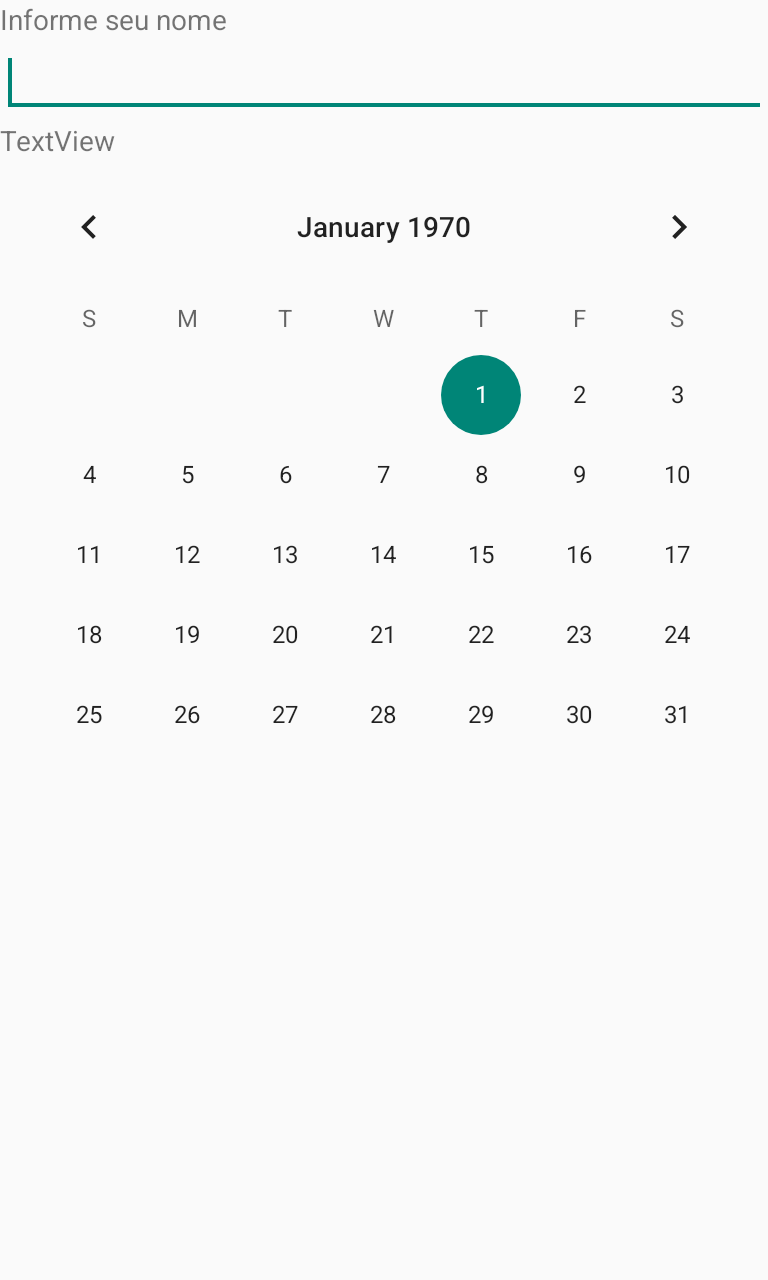
Repository: willianjean/androidProject
Layout: Exercicio3/res/layout/activity_main.xml
An editor plug-in stored every save of this project. The layout is shown before and after the next save, followed by the edit.
It is drawn on a 768 x 1280 px phone screen (xhdpi) without system bars, with theme AppTheme; the app's code is not run.

Above is the layout before, as saved 2014-07-23 21:30:14.

After the next save:
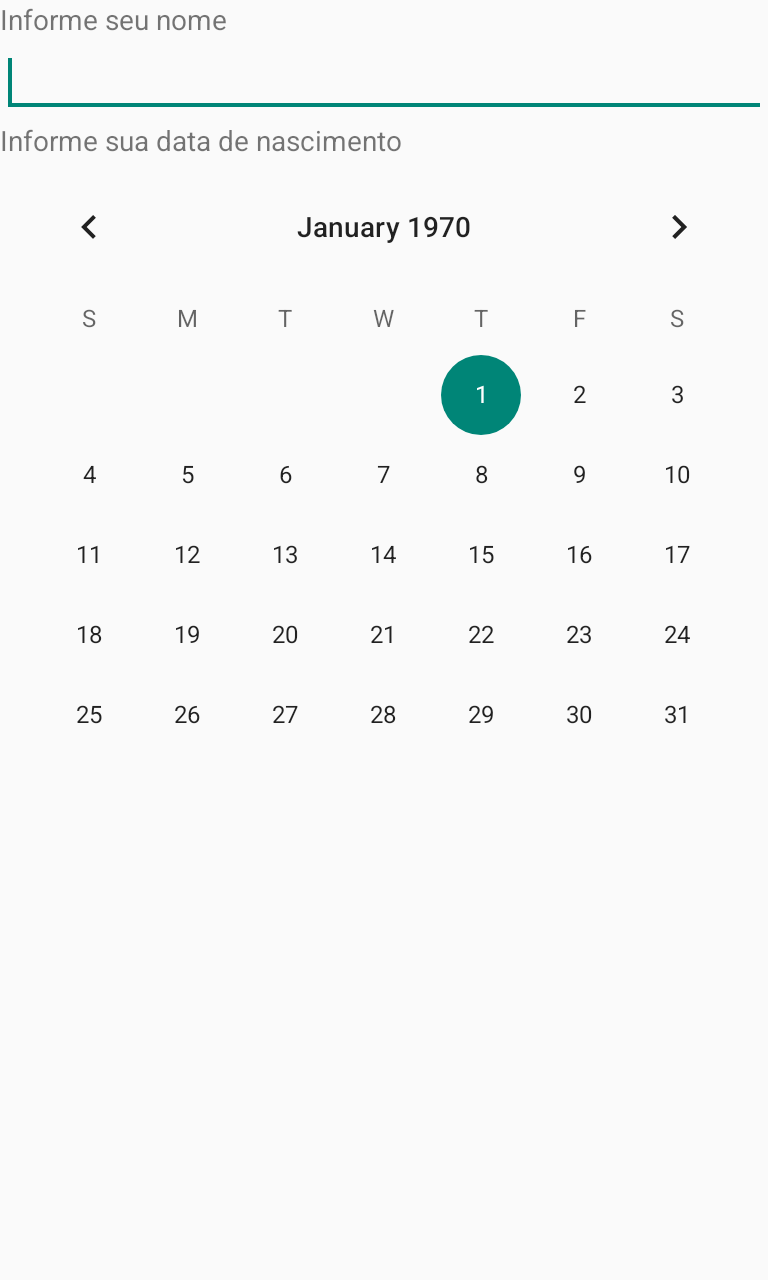
Saved 8 min 41 s later.
--- a/Exercicio3/res/layout/activity_main.xml
+++ b/Exercicio3/res/layout/activity_main.xml
@@ -26,7 +26,7 @@
         android:id="@+id/textView2"
         android:layout_width="wrap_content"
         android:layout_height="wrap_content"
-        android:text="TextView" />
+        android:text="Informe sua data de nascimento" />
 
     <CalendarView
         android:id="@+id/calendarView1"
